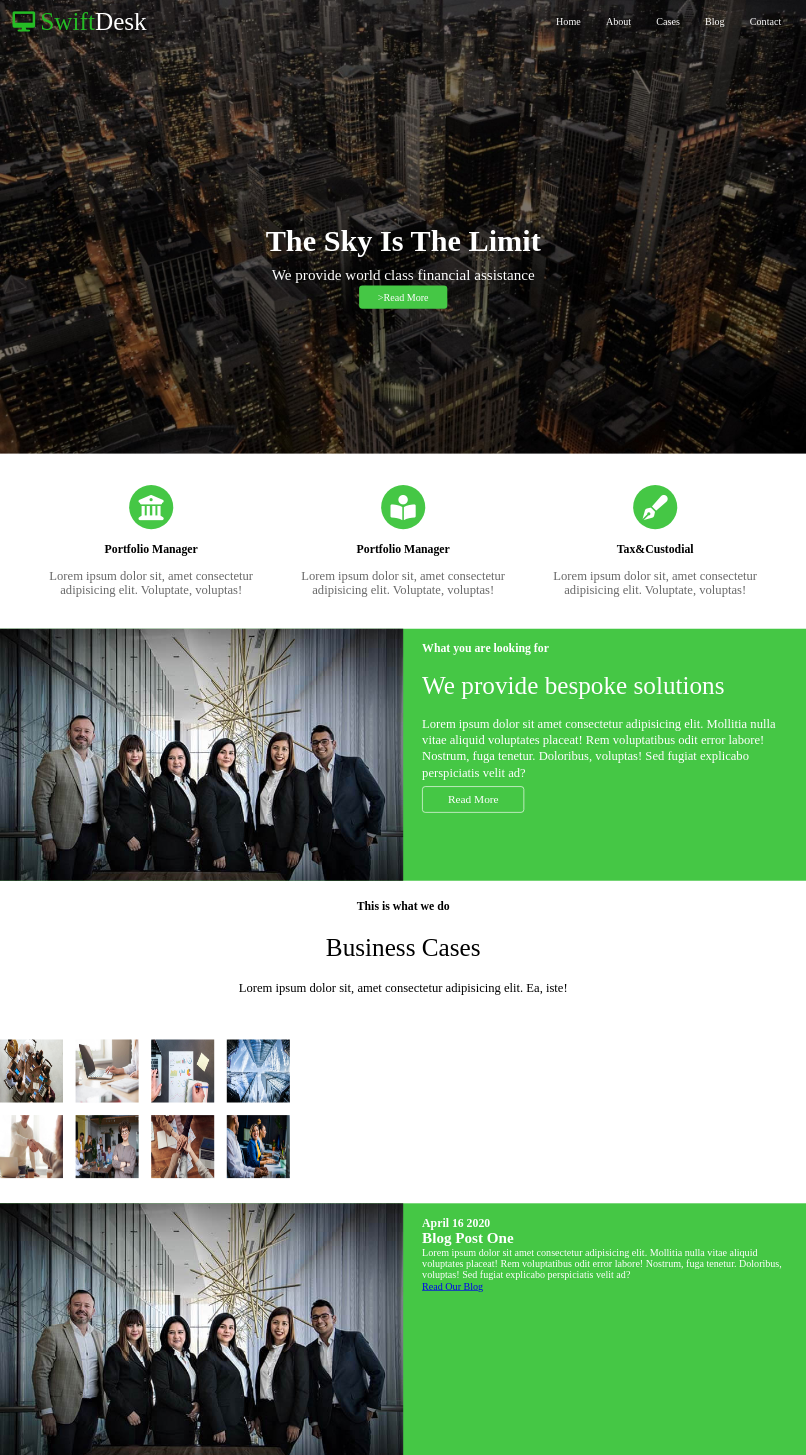
Repository: reemoon-ctrl/swiftdisk-Website-Flexbox
Page: index.html
The author's editor kept a copy of each file at every save. The page is drawn from the files as they stood at one save, then again after the next save.
The browser window is 1280 px wide. The pictures show the whole page, at 63% of full size.

Above is the page before, as saved 2024-07-27 09:49:34.

After the next save:
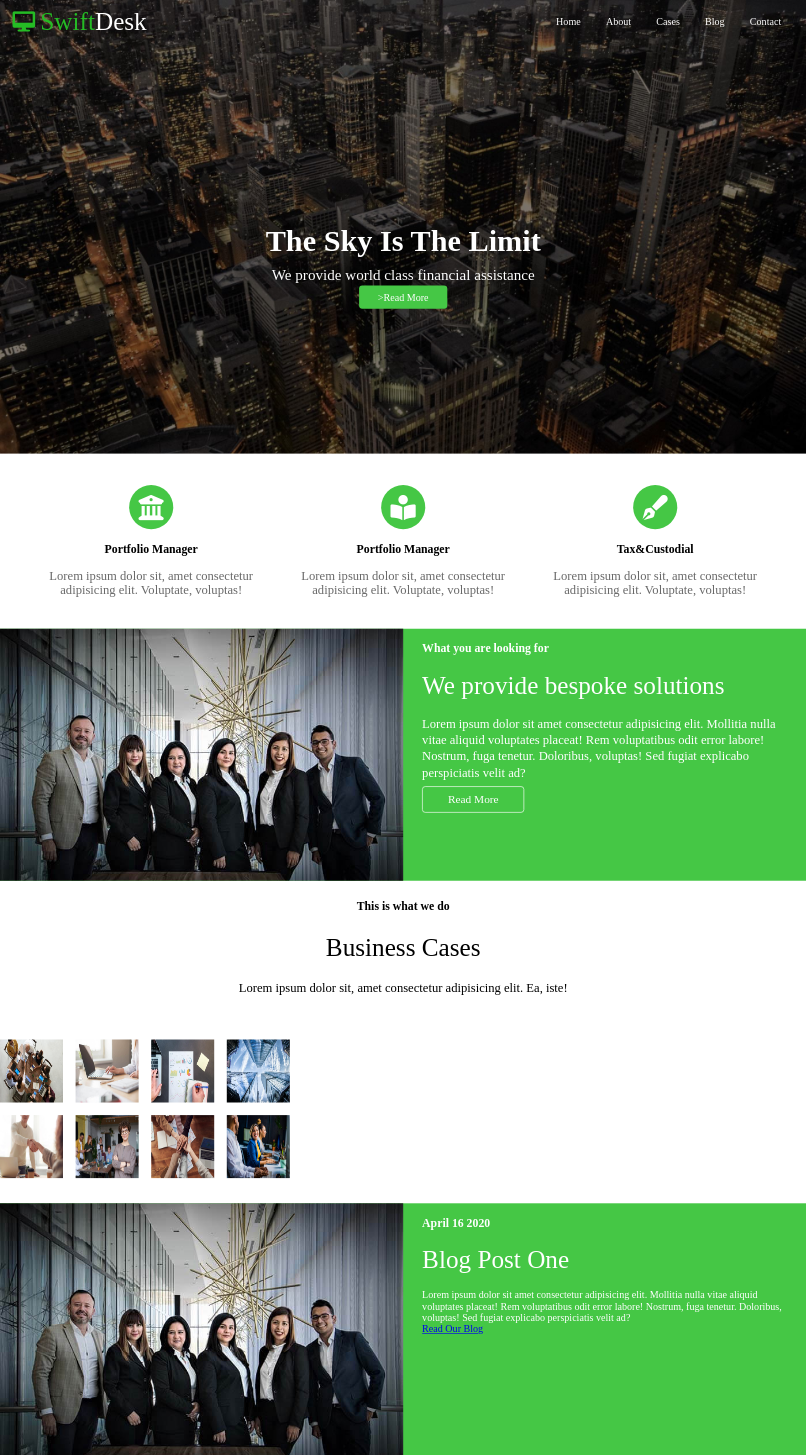
Saved 25 s later.
--- a/index.css
+++ b/index.css
@@ -194,7 +194,7 @@ body{
     height:25rem;
     width: 50%;
 }
-.solution-content h2{
+.blog-content h2{
     font-size: 40px;
     font-weight: 500;
     padding: 1.5rem 0px;
